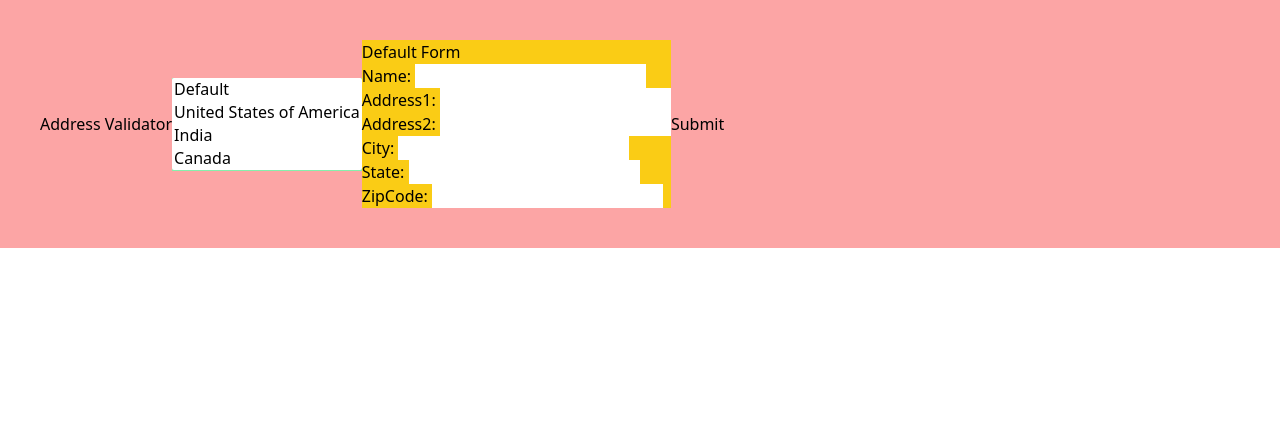
Repository: jay-singhvi/SWArchDesign_TeamProject
Page: / (app in frontend/address-validation/)
These files come from the project's save history. The page is drawn as it stood at one moment and after a run of saves; the edit follows.
The browser window is 1280 px wide. The pictures show the whole page.
The project was rebuilt for these pictures with package versions that can differ from the ones it lists, and the page was loaded fresh each time. Also part of the build but not shown: frontend/address-validation/src/App.css.

Above is the page before, as saved 2023-03-07 13:30:55.

After the next 2 saves:
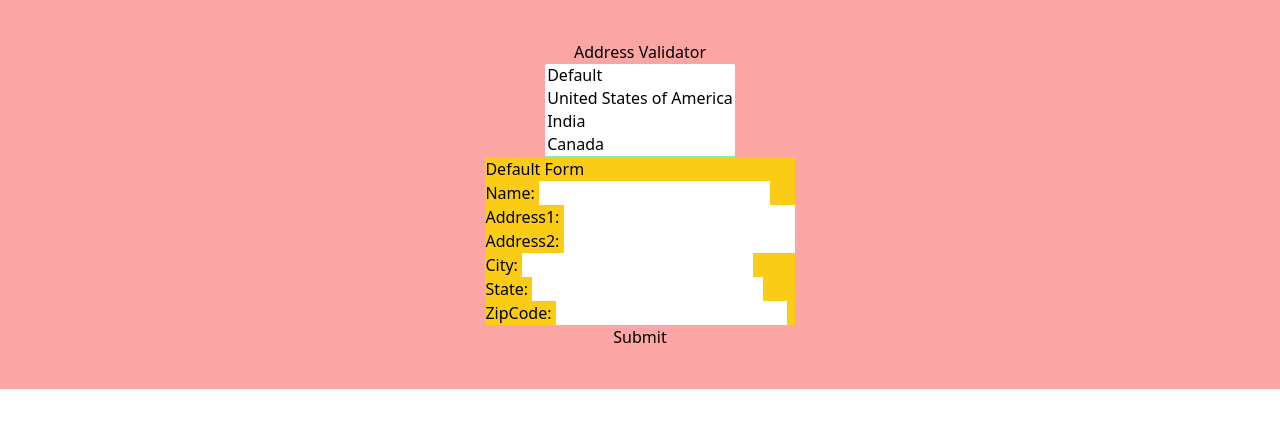
The 2 saves are shown as one change because they came seconds apart.
The last was saved 11 s later.
--- a/frontend/address-validation/src/App.js
+++ b/frontend/address-validation/src/App.js
@@ -139,7 +139,7 @@ function App() {
 
   // Give all the options of countries to user for selection
   return (
-    <div className=' bg-red-300 p-10 flex items-center'>
+    <div className=' bg-red-300 p-10 flex flex-col items-center'>
       <h1>Address Validator</h1>
       <div className=' bg-green-300'>
         <select multiple value={countryList} onChange={handleSelectedCountry}>
